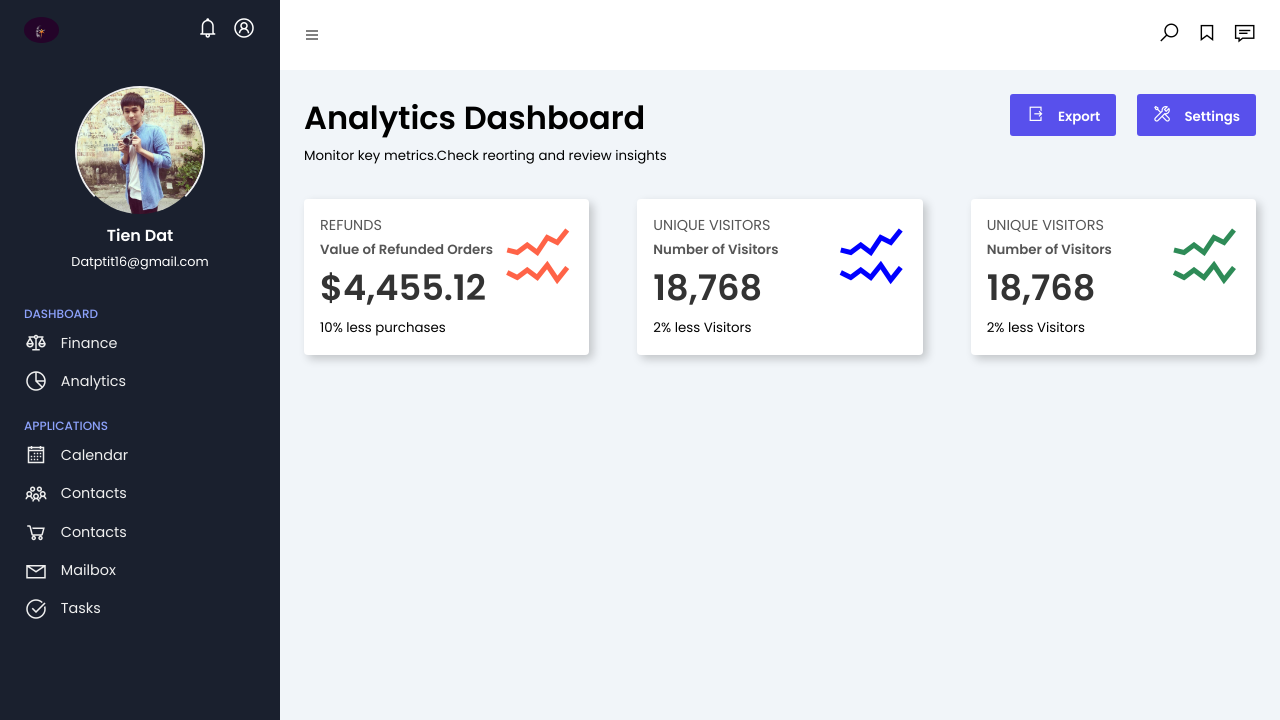
Repository: Datt21/dashboard-fe-project
Page: index.html
An editor plug-in stored every save of this project. The page is shown before and after the next save, followed by the edit.
The browser window is 1280 px wide. The pictures show the whole page.

Above is the page before, as saved 2021-06-08 19:06:47.

After the next save:
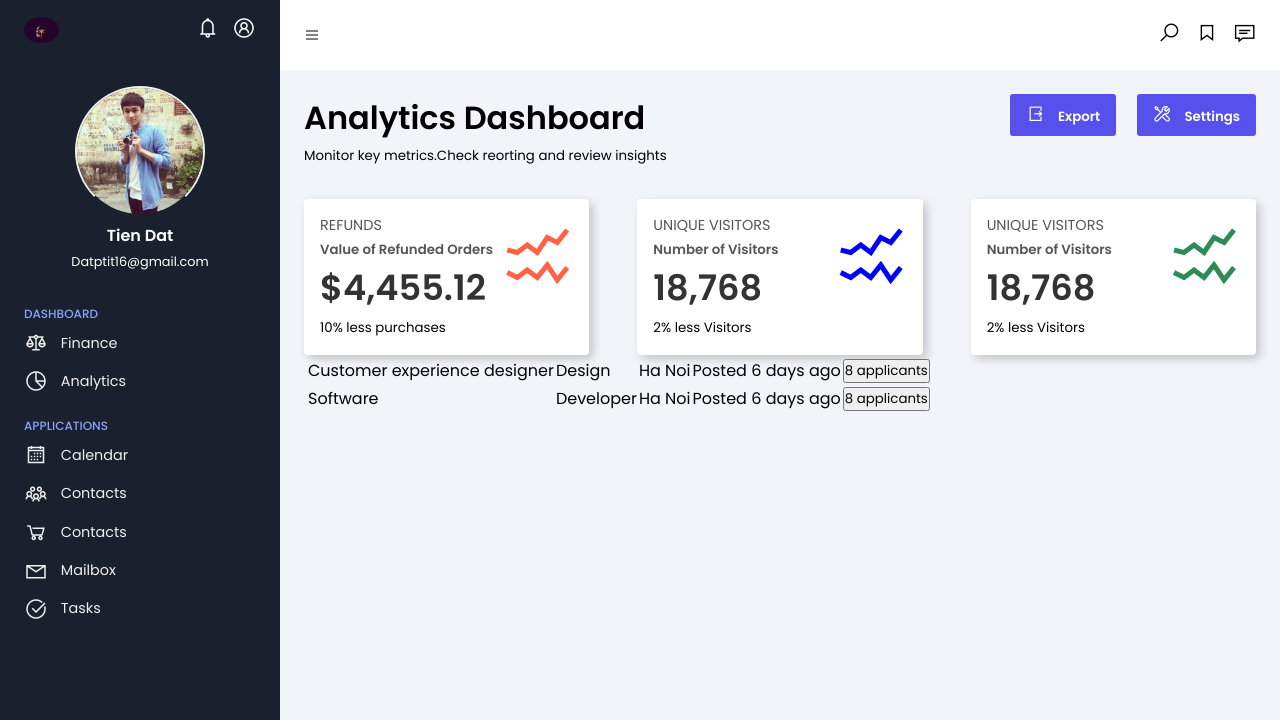
Saved 5 min 58 s later.
--- a/index.html
+++ b/index.html
@@ -180,6 +180,43 @@
                      </div>
                 </div>
             </div>
+
+            <div class="job__grid">
+                <div class="analytics__card">
+
+                </div>
+
+                <div class="jobs">
+                    <table>
+                        <tbody>
+                            <tr>
+                                <td>
+                                    <span class="indicator"></span>
+                                </td>
+                                <td>Customer experience designer</td>
+                                <td>Design</td>
+                                <td>Ha Noi</td>
+                                <td>Posted 6 days ago</td>
+                                <td>
+                                    <button>8 applicants</button>
+                                </td>
+                            </tr>
+                            <tr>
+                                <td>
+                                    <span class="indicator"></span>
+                                </td>
+                                <td>Software</td>
+                                <td>Developer</td>
+                                <td>Ha Noi</td>
+                                <td>Posted 6 days ago</td>
+                                <td>
+                                    <button>8 applicants</button>
+                                </td>
+                            </tr>
+                        </tbody>
+                    </table>
+                </div>
+            </div>
         </main>
     </div>
 </body>
